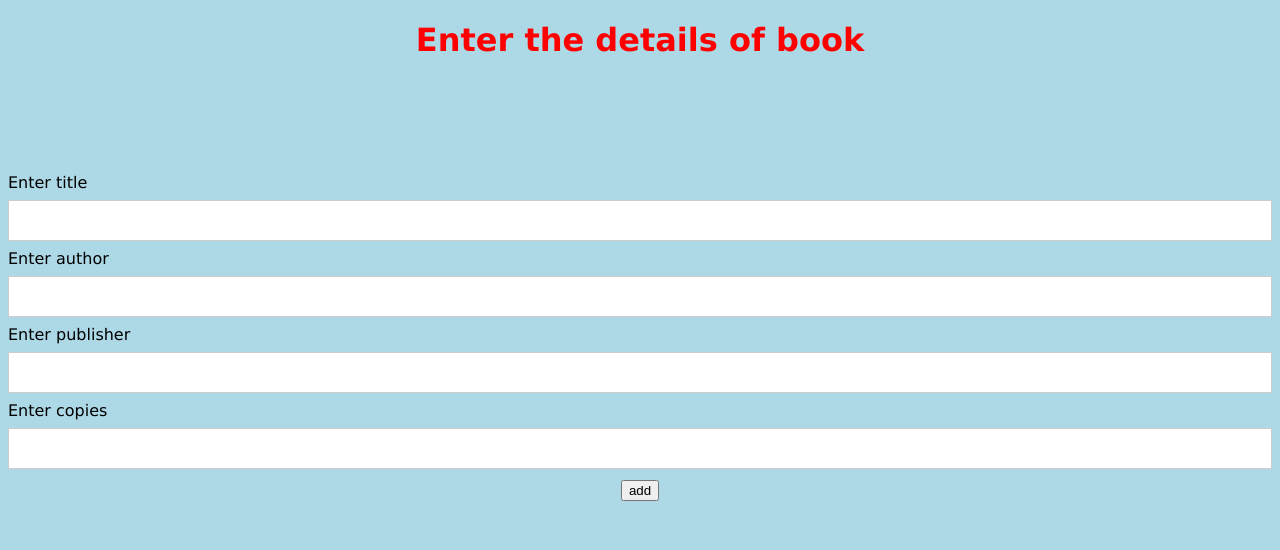
Repository: prashantvadlamani/Library-Management-System
Page: http://localhost/project/add.jsp
An editor plug-in stored every save of this project. The page is shown before and after the next save, followed by the edit.
The browser window is 1280 px wide. The pictures show the whole page.
The page is served by Tomcat 9. Other server files are loaded and not shown.

Above is the page before, as saved 2018-08-23 06:44:50.

### project/WebContent/add.jsp
<%@ page language="java" contentType="text/html; charset=ISO-8859-1"
    pageEncoding="ISO-8859-1"%>
<!DOCTYPE html PUBLIC "-//W3C//DTD HTML 4.01 Transitional//EN" "http://www.w3.org/TR/html4/loose.dtd">
<html>
<head>
<meta http-equiv="Content-Type" content="text/html; charset=ISO-8859-1">
<title>Add</title>
<style>
	form {
   	 	border: 3px;
   	 	margin-top: 9%;
	}

	input[type=text]{
    	width: 100%;
    	padding: 12px 20px;
    	margin: 8px 0;
    	display: inline-block;
    	border: 1px solid #ccc;
   		box-sizing: border-box;
	}

	body{
		font-family: Verdana;
		background-color: lightblue;
	}
	h1{
	color:red;
	text-align: center;
	}
</style>
</head>
<body>
<header>
	  <h1>Enter the details of book</h1>
  </header>
	<form  method="POST" action="add">
		Enter title<input type="text" name="title"><br>
		Enter author<input type="text" name="author"><br>
		Enter publisher<input type="text" name="publisher"><br>
		Enter copies<input type="text" name="copies"><br>
		<table align="center">
		<tr><td ><input type="submit" value="add" ></td></tr>
		</table>
	</form>
</body>
</html>

After the next save:
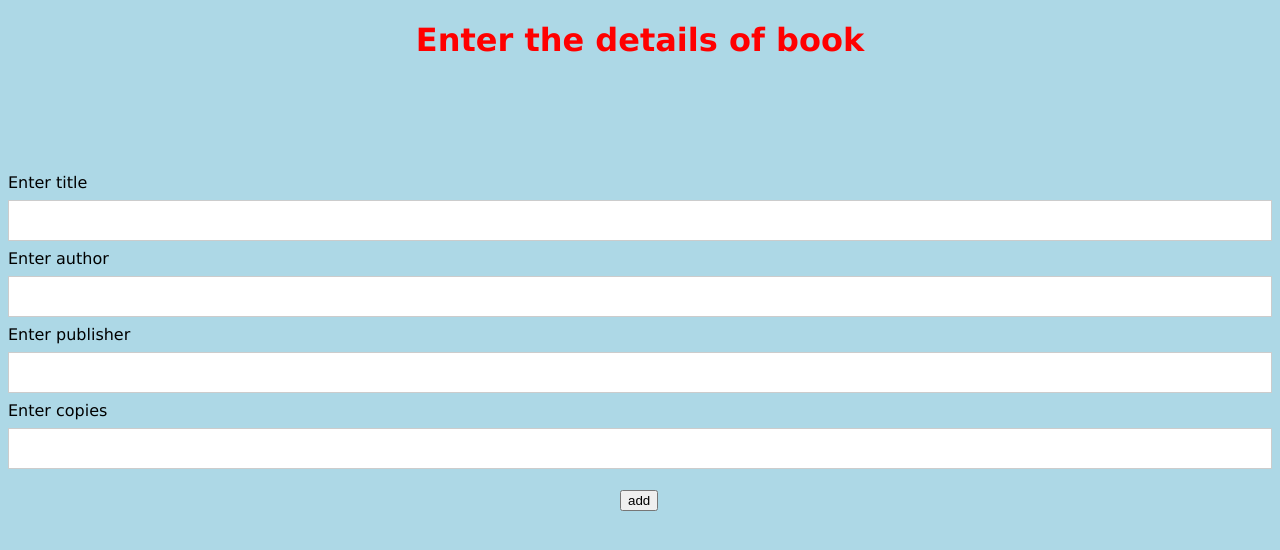
Saved 32 s later.
--- a/project/WebContent/add.jsp
+++ b/project/WebContent/add.jsp
@@ -28,6 +28,11 @@
 	color:red;
 	text-align: center;
 	}
+
+	table tr td{
+		height: 40px;
+		width: 40px;
+	}
 </style>
 </head>
 <body>
